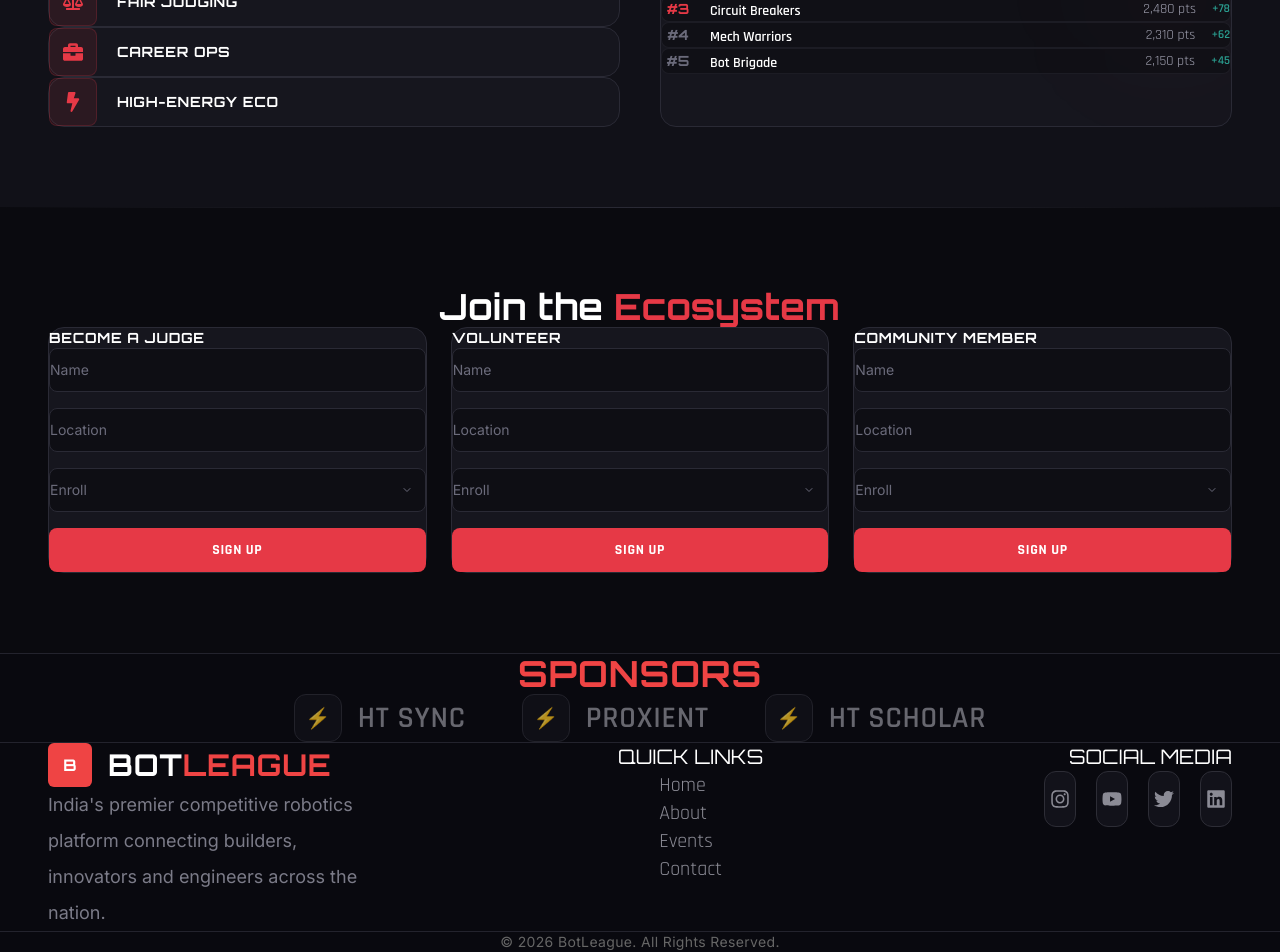
Repository: Debkumar04/botmakers-ai-shopping-assistant
Page: /
These files come from the project's save history. The page is drawn as it stood at one moment and after the next save; the edit follows.
The browser window is 1280 px wide. The pictures show the part of the page from y = 3022 to 3974 px (the page is 3974 px tall).
The project was rebuilt for these pictures with package versions that can differ from the ones it lists, and the page was loaded fresh each time. Also part of the build but not shown: vite.config.ts.

Above is the page before, as saved 2026-07-24 09:46:14.

After the next save:
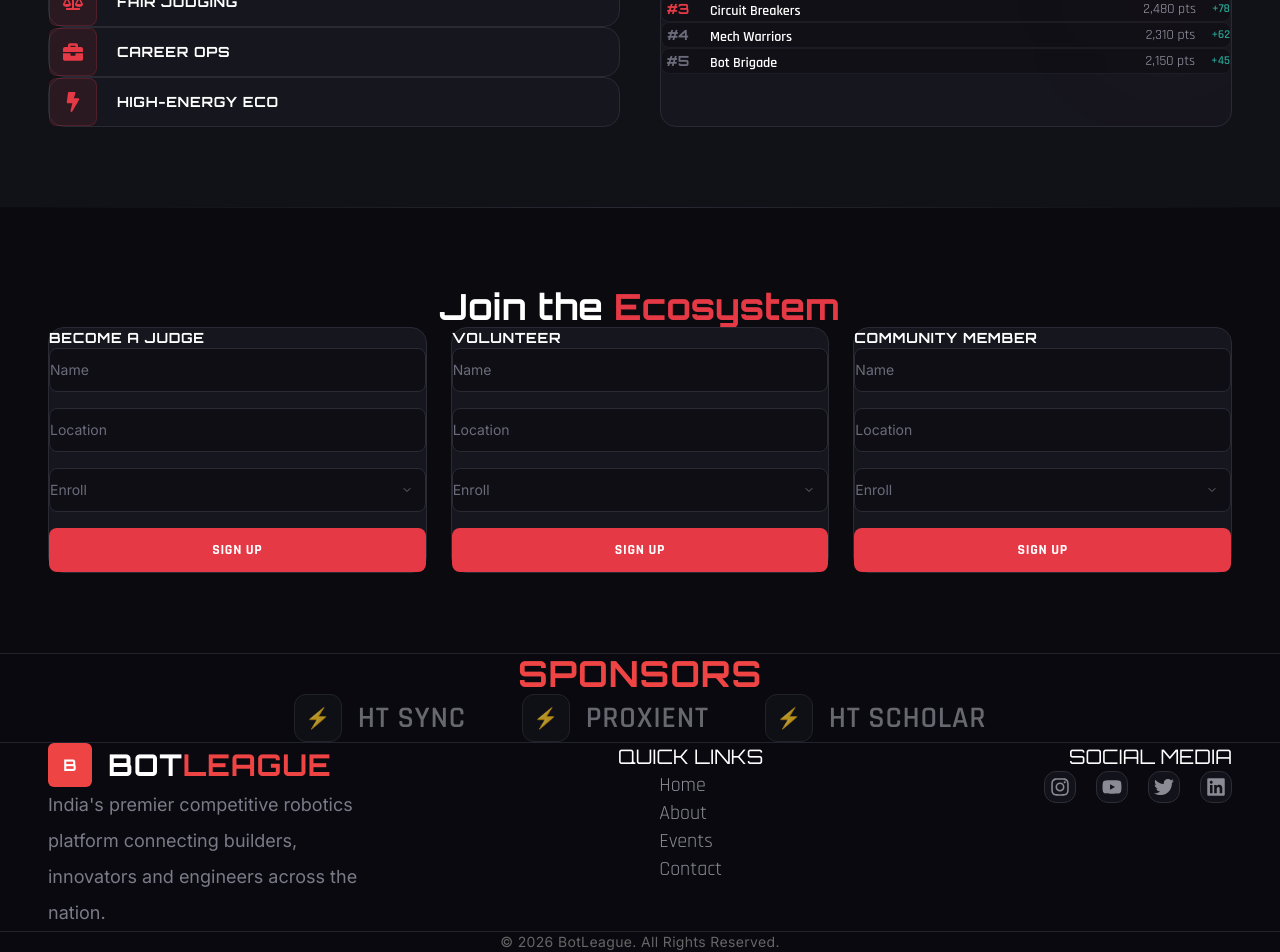
Saved 4 s later.
--- a/src/components/layout/Footer.tsx
+++ b/src/components/layout/Footer.tsx
@@ -98,7 +98,7 @@ export default function Footer() {
                 <a
                   key={item.label}
                   href={item.href}
-                  className="w-8 h-14 rounded-xl border border-[#2d2d36] bg-[#12121a] flex items-center justify-center text-[#8b8b95] text-xl hover:border-[#ef4444] hover:text-[#ef4444] transition-all duration-300"
+                  className="w-8 h-8 rounded-xl border border-[#2d2d36] bg-[#12121a] flex items-center justify-center text-[#8b8b95] text-xl hover:border-[#ef4444] hover:text-[#ef4444] transition-all duration-300"
                 >
                   {socialIcons[item.label]}
                 </a>
